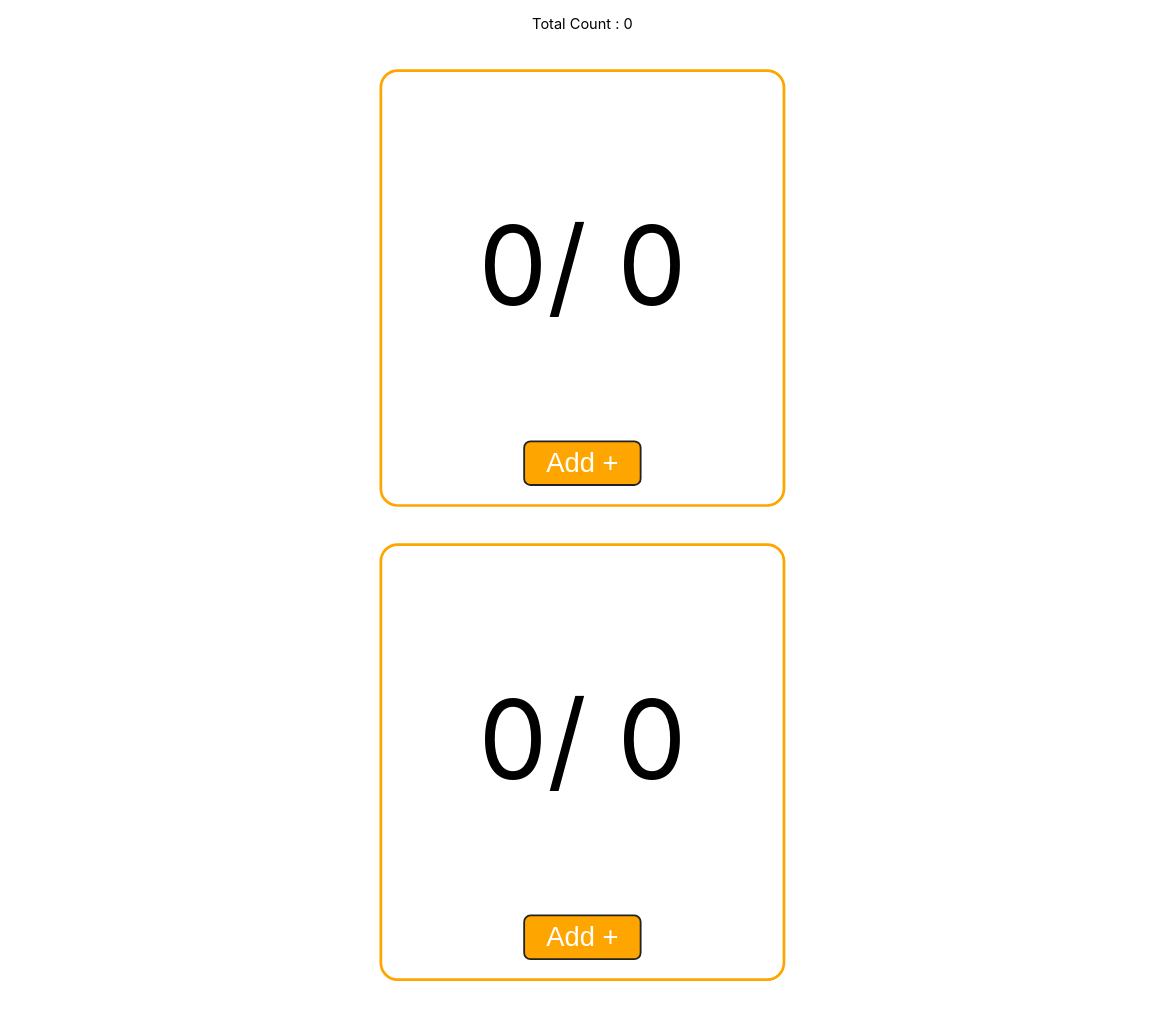
Repository: dnjfht/css-example
Page: /
These files come from the project's save history. The page is drawn as it stood at one moment and after the next save; the edit follows.
The browser window is 1280 px wide. The pictures show the whole page, at 91% of full size.
The project was rebuilt for these pictures with package versions that can differ from the ones it lists, and the page was loaded fresh each time.

Above is the page before, as saved 2023-05-09 19:37:43.

### src/App.js
import React, { useState } from "react";
import Counter from "./components/Counter";

export default function App() {
  const [total, setTotal] = useState(0);

  const handleClickTotal = () => {
    setTotal((prev) => prev + 1);
  };
  return (
    <div style={{ textAlign: "center" }}>
      <p>Total Count : {total}</p>
      <Counter total={total} handleClickTotal={handleClickTotal} />
      <Counter total={total} handleClickTotal={handleClickTotal} />
    </div>
  );
}

### src/components/Counter.jsx
import React, { useState } from "react";

export default function Counter({ total, handleClickTotal }) {
  const [count, setCount] = useState(0);

  const handleClickCountUp = () => {
    setCount((prev) => prev + 1);
    handleClickTotal();
  };

  //   const handleClickCountDown = () => {
  //     if (count > 0) setCount(count - 1);
  //   };

  return (
    <div
      style={{
        width: 400,
        padding: 20,
        margin: "40px auto",
        border: "3px solid orange",
        borderRadius: 20,
        display: "flex",
        flexDirection: "column",
        alignItems: "center",
      }}
    >
      <p style={{ fontSize: 120 }}>
        {count}
        <span>/ {total}</span>
      </p>
      <button
        style={{
          width: 130,
          padding: "6px 16px",
          boxSizing: "border-box",
          backgroundColor: "orange",
          border: "2px solid #222",
          borderRadius: 8,
          fontSize: 30,
          color: "white",
        }}
        onClick={handleClickCountUp}
      >
        Add +
      </button>
      {/* <button
        style={{
          width: 130,
          padding: "6px 16px",
          marginTop: 10,
          boxSizing: "border-box",
          backgroundColor: "orange",
          border: "2px solid #222",
          borderRadius: 8,
          fontSize: 30,
          color: "white",
        }}
        onClick={handleClickCountDown}
      >
        Add -
      </button> */}
    </div>
  );
}

Loaded but not shown: public/index.html (common file); src/index.js (common file); src/index.css (common file); src/reportWebVitals.js (common file)

After the next save:
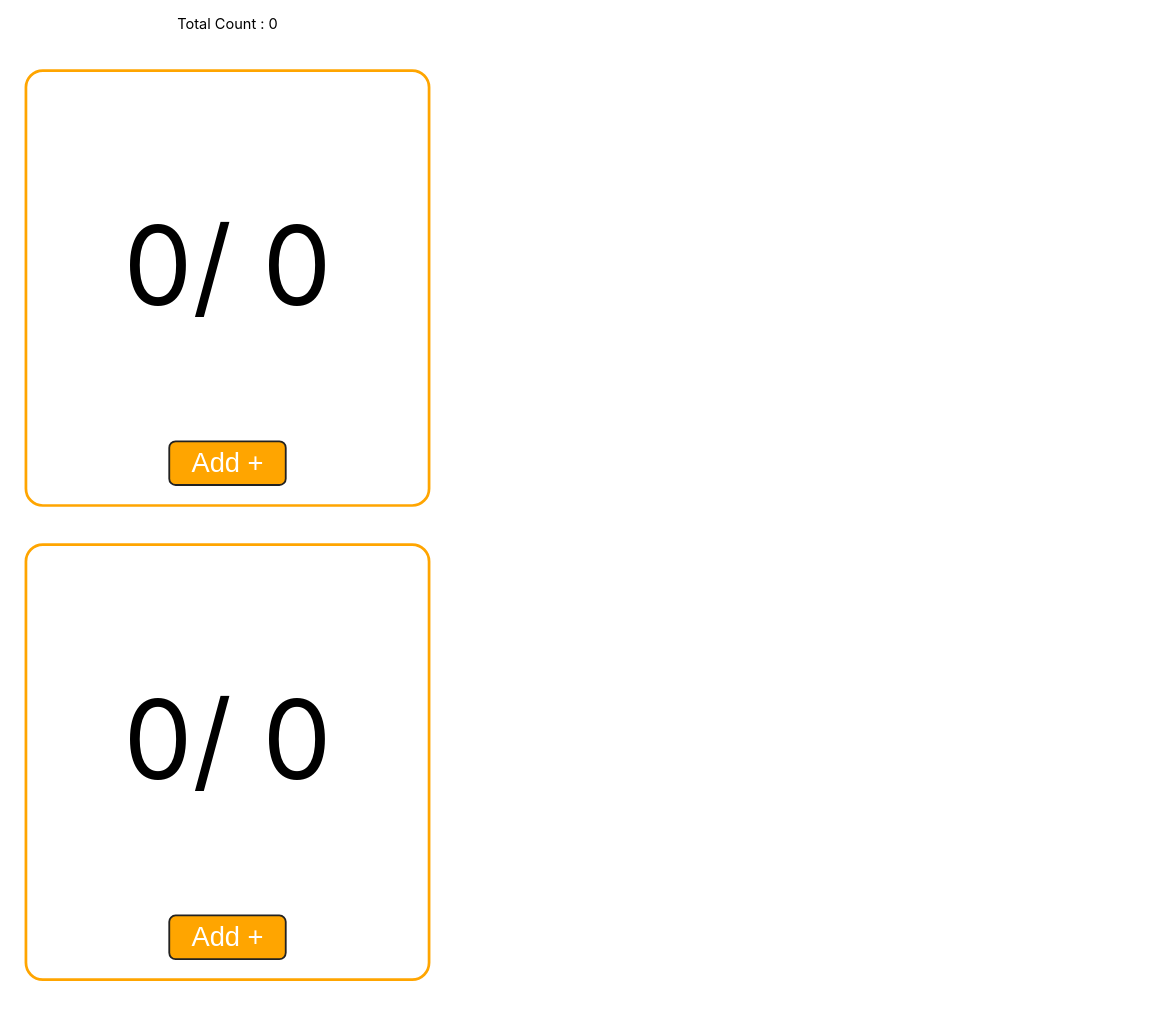
Saved 23 s later.
--- a/src/App.js
+++ b/src/App.js
@@ -8,7 +8,7 @@
     setTotal((prev) => prev + 1);
   };
   return (
-    <div style={{ textAlign: "center" }}>
+    <div style={{ textAlign: "center", width: 500 }}>
       <p>Total Count : {total}</p>
       <Counter total={total} handleClickTotal={handleClickTotal} />
       <Counter total={total} handleClickTotal={handleClickTotal} />

After the save that followed:
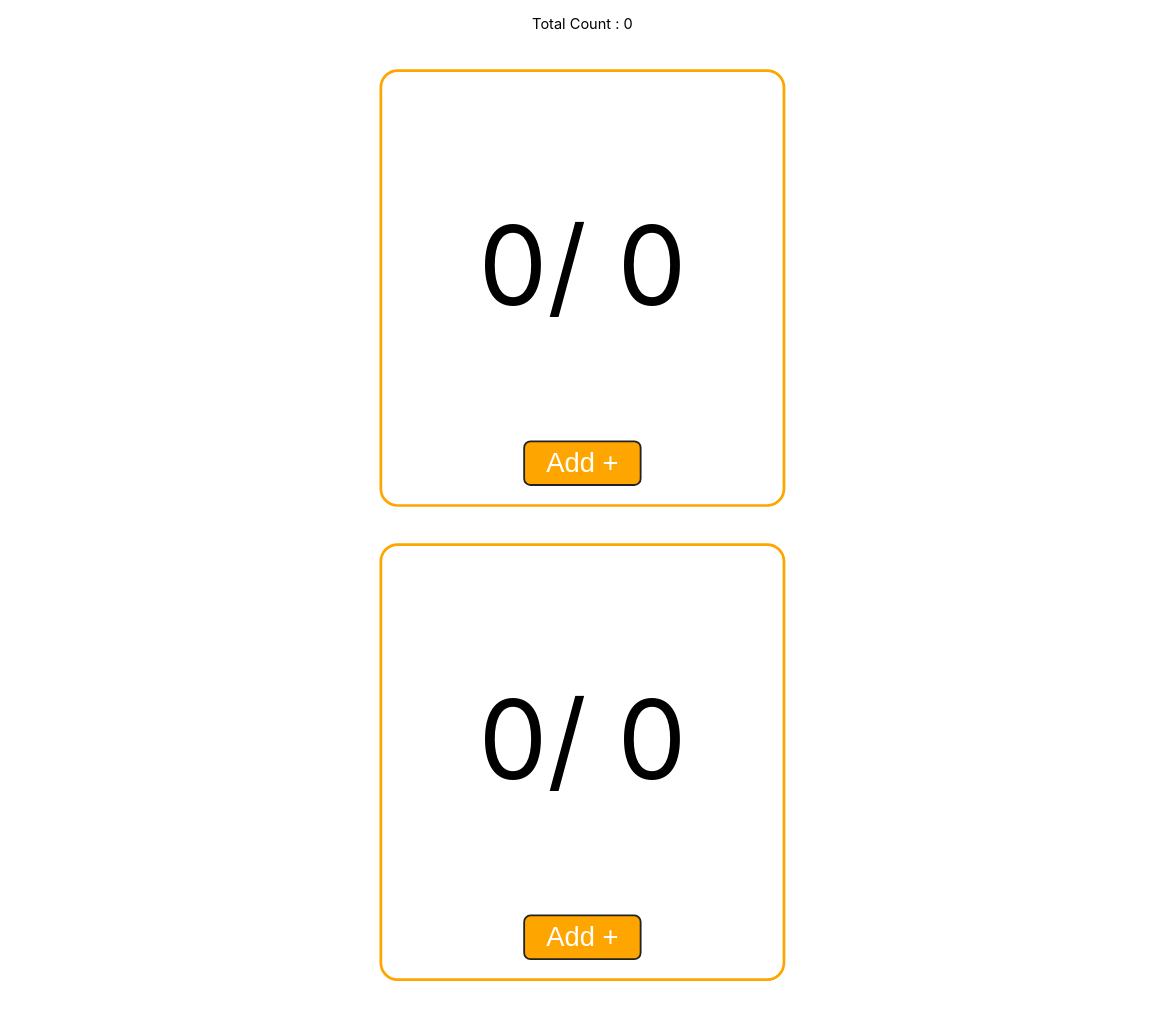
Saved 19 s later.
--- a/src/App.js
+++ b/src/App.js
@@ -8,7 +8,7 @@
     setTotal((prev) => prev + 1);
   };
   return (
-    <div style={{ textAlign: "center", width: 500 }}>
+    <div style={{ textAlign: "center", width: 500, margin: "0 auto" }}>
       <p>Total Count : {total}</p>
       <Counter total={total} handleClickTotal={handleClickTotal} />
       <Counter total={total} handleClickTotal={handleClickTotal} />
